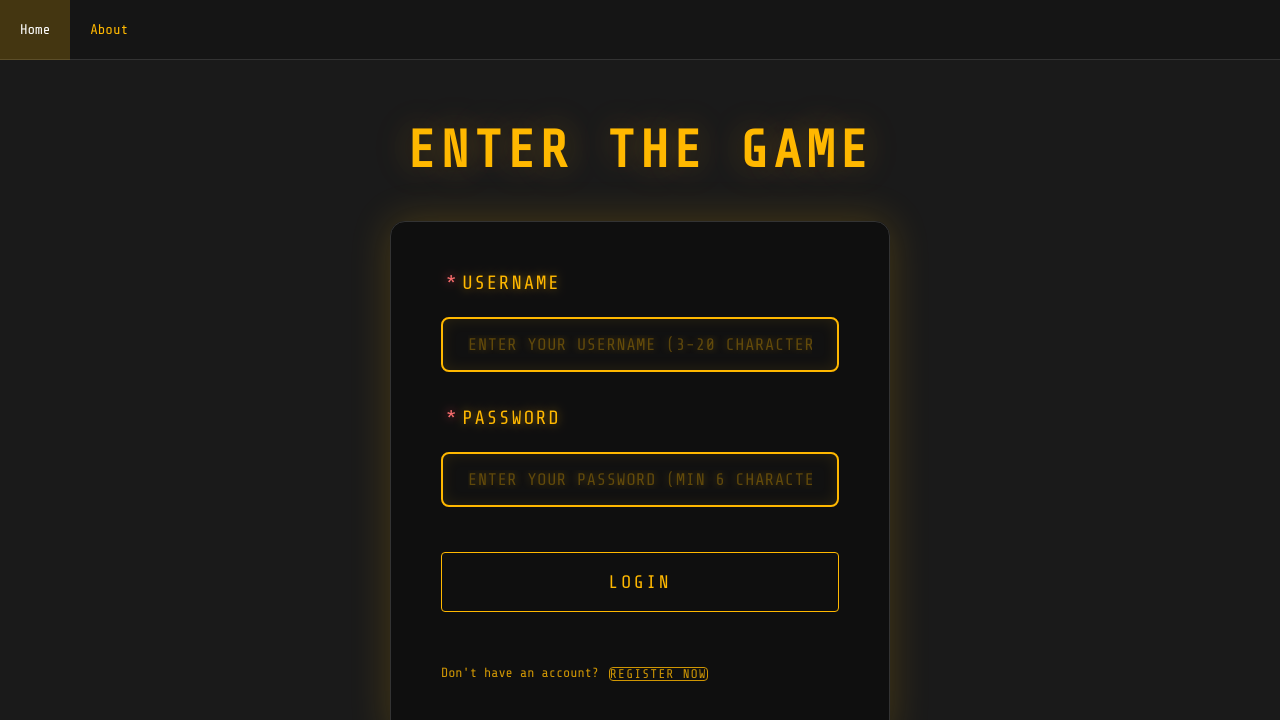
Repository: qqqq121114/se_417
Page: /login (app in client/)
The author's editor kept a copy of each file at every save. The page is drawn from the files as they stood at one save, then again after the next save.
The browser window is 1280 px wide. The pictures show the whole page.
An inner scrolling area shows only its first screen. The project was rebuilt for these pictures with package versions that can differ from the ones it lists, and the page was loaded fresh each time. Also part of the build but not shown: client/vite.config.js, client/src/views/Home.vue.

Above is the page before, as saved 2024-12-08 13:47:59.

### client/src/main.js
import { createApp } from 'vue'
import { createPinia } from 'pinia'
import ElementPlus from 'element-plus'
import 'element-plus/dist/index.css'
import App from './App.vue'
import router from './router'

const app = createApp(App)

app.use(createPinia())
app.use(router)
app.use(ElementPlus)

app.mount('#app')

### client/src/App.vue
<template>
  <div id="app" class="cyber-theme">
    <el-container>
      <el-header>
        <el-menu mode="horizontal" router class="cyber-menu">
          <el-menu-item index="/">Home</el-menu-item>
          <el-menu-item index="/about">About</el-menu-item>
        </el-menu>
      </el-header>
      <el-main>
        <router-view></router-view>
      </el-main>
    </el-container>
  </div>
</template>

<script setup>
import { ElContainer, ElHeader, ElMain, ElMenu, ElMenuItem } from 'element-plus'
import 'element-plus/dist/index.css'
</script>

<style>
@import url('https://fonts.googleapis.com/css2?family=Share+Tech+Mono&display=swap');

/* 重置默认样式 */
* {
  margin: 0;
  padding: 0;
  box-sizing: border-box;
}

html, body {
  margin: 0;
  padding: 0;
  width: 100%;
  height: 100%;
  overflow-x: hidden;
  background-color: var(--cyber-bg);
}

:root {
  --cyber-bg: #1a1a1a;
  --cyber-text: #FFB800;
  --cyber-glow: #FFB80033;
  --cyber-border: #333333;
}

#app {
  font-family: 'Share Tech Mono', monospace;
  -webkit-font-smoothing: antialiased;
  -moz-osx-font-smoothing: grayscale;
  color: var(--cyber-text);
  background-color: var(--cyber-bg);
  min-height: 100vh;
  width: 100%;
  margin: 0;
  padding: 0;
}

.cyber-theme {
  background: var(--cyber-bg);
  min-height: 100vh;
  width: 100%;
}

.el-container {
  min-height: 100vh;
  margin: 0;
  padding: 0;
}

.el-header {
  padding: 0;
  background: rgba(0, 0, 0, 0.2);
  border-bottom: 1px solid var(--cyber-border);
  margin: 0;
}

.el-main {
  padding: 20px;
  background: var(--cyber-bg);
  margin: 0;
}

.cyber-menu {
  background: transparent !important;
  border: none !important;
  margin: 0;
  padding: 0;
}

.el-menu--horizontal > .el-menu-item {
  color: var(--cyber-text) !important;
  font-family: 'Share Tech Mono', monospace !important;
  border: none !important;
}

.el-menu--horizontal > .el-menu-item:hover,
.el-menu--horizontal > .el-menu-item:focus,
.el-menu--horizontal > .el-menu-item.is-active {
  color: #fff !important;
  background: var(--cyber-glow) !important;
  border: none !important;
}

/* 全局按钮样式 */
.el-button {
  background: transparent !important;
  border: 1px solid var(--cyber-text) !important;
  color: var(--cyber-text) !important;
  font-family: 'Share Tech Mono', monospace !important;
  transition: all 0.3s ease;
}

.el-button:hover {
  background: var(--cyber-glow) !important;
  color: #fff !important;
  box-shadow: 0 0 10px var(--cyber-glow);
}

/* 卡片样式 */
.el-card {
  background: rgba(0, 0, 0, 0.2) !important;
  border: 1px solid var(--cyber-border) !important;
  backdrop-filter: blur(5px);
}

.el-card__header {
  border-bottom: 1px solid var(--cyber-border) !important;
}
</style>

### client/src/router/index.js
import { createRouter, createWebHistory } from 'vue-router'
import Home from '../views/Home.vue'

const routes = [
  {
    path: '/',
    name: 'Home',
    component: Home
  },
  {
    path: '/about',
    name: 'About',
    component: () => import('../views/About.vue')
  },
  {
    path: '/register',
    name: 'Register',
    component: () => import('../views/Register.vue')
  },
  {
    path: '/login',
    name: 'Login',
    component: () => import('../views/Login.vue'),
    props: route => ({ key: Date.now() })
  }
]

const router = createRouter({
  history: createWebHistory(),
  routes
})

export default router

### client/src/views/Login.vue
<template>
  <div class="login">
    <h1 class="cyber-title">Enter The Game</h1>
    <div class="login-form">
      <el-form
        :model="form"
        :rules="rules"
        ref="formRef"
        label-position="top"
        status-icon
      >
        <el-form-item prop="username" label="Username">
          <el-input
            v-model="form.username"
            placeholder="Enter your username (3-20 characters)"
            class="cyber-input"
          ></el-input>
        </el-form-item>
        <el-form-item prop="password" label="Password" class="password-item">
          <el-input
            v-model="form.password"
            type="password"
            placeholder="Enter your password (min 6 characters)"
            show-password
            class="cyber-input"
          ></el-input>
        </el-form-item>
        <el-form-item class="button-item">
          <el-button class="cyber-button" type="primary" @click="submitForm">Login</el-button>
          <div class="form-footer">
            <span>Don't have an account?</span>
            <el-button
              class="register-link"
              type="text"
              @click="$router.push('/register')"
            >
              Register Now
            </el-button>
          </div>
        </el-form-item>
      </el-form>
    </div>
  </div>
</template>

<script setup>
import { ref, reactive } from 'vue'
import { ElMessage } from 'element-plus'
import axios from 'axios'
import { useRouter } from 'vue-router'

const router = useRouter()
const formRef = ref(null)

// 表单数据
const form = reactive({
  username: '',
  password: ''
})

// 验证规则
const rules = {
  username: [
    { required: true, message: 'Please enter your username', trigger: 'blur' },
    { min: 3, max: 20, message: 'Length should be 3 to 20 characters', trigger: 'blur' }
  ],
  password: [
    { required: true, message: 'Please enter your password', trigger: 'blur' },
    { min: 6, message: 'Password must be at least 6 characters', trigger: 'blur' }
  ]
}

// 提交表单
const submitForm = async () => {
  if (!formRef.value) return

  try {
    console.log('Starting form validation...')
    await formRef.value.validate()
    console.log('Form validation passed')

    // 发送登录请求
    console.log('Sending login request...')
    const response = await axios.post('http://localhost:3000/api/users/login', {
      username: form.username,
      password: form.password
    })

    console.log('Login successful:', response.data)
    ElMessage.success('Login successful!')

    // 登录成功后跳转到首页
    setTimeout(() => {
      router.push('/')
    }, 1500)
  } catch (error) {
    console.error('Full error object:', error)

    if (error.response) {
      // 服务器返回的错误信息
      console.error('Server error:', error.response.data)
      ElMessage.error(error.response.data.message || 'Login failed')
    } else if (error.message) {
      // 表单验证错误
      console.error('Validation error:', error.message)
      ElMessage.error(error.message)
    } else {
      console.error('Unknown error:', error)
      ElMessage.error('Login failed')
    }
  }
}
</script>

<style scoped>
.login {
  display: flex;
  flex-direction: column;
  align-items: center;
  padding: 40px 20px;
  min-height: calc(100vh - 60px);
}

.cyber-title {
  font-size: 4vw;
  width: 60vw;
  color: var(--cyber-text);
  text-transform: uppercase;
  letter-spacing: 0.1em;
  margin-bottom: 40px;
  text-shadow: 0 0 20px var(--cyber-glow);
  animation: breathe 3s ease-in-out infinite;
  user-select: none;
  text-align: center;
  line-height: 1.2;
  white-space: normal;
  word-wrap: break-word;
  padding: 0 20px;
}

.login-form {
  width: 100%;
  max-width: 500px;
  background: rgba(0, 0, 0, 0.4);
  padding: 50px;
  border-radius: 15px;
  border: 1px solid var(--cyber-border);
  box-shadow: 0 0 30px rgba(255, 184, 0, 0.15);
  backdrop-filter: blur(10px);
  animation: formGlow 4s ease-in-out infinite;
}

.el-form-item {
  margin-bottom: 35px;
}

.password-item {
  margin-bottom: 45px;
}

:deep(.el-form-item__label) {
  color: #ffb800 !important;
  font-family: 'Share Tech Mono', monospace;
  font-size: 1.2em;
  padding-bottom: 15px;
  text-shadow: 0 0 10px rgba(255, 184, 0, 0.5);
  text-transform: uppercase;
  letter-spacing: 0.1em;
  margin-left: 5px;
}

:deep(.el-form-item__label::before) {
  content: '*';
  color: #ff4757;
  margin-right: 4px;
  text-shadow: 0 0 10px rgba(255, 71, 87, 0.6);
}

:deep(.el-input__wrapper) {
  background: transparent !important;
  box-shadow: none !important;
  padding: 0 !important;
  border: none !important;
}

:deep(.el-input__inner) {
  background: rgba(18, 18, 18, 0.95) !important;
  border: 2px solid var(--cyber-text) !important;
  color: #ffb800 !important;
  font-family: 'Share Tech Mono', monospace;
  height: 55px;
  padding: 0 25px !important;
  font-size: 1.2em;
  letter-spacing: 0.05em;
  transition: all 0.3s ease;
  border-radius: 8px;
  caret-color: #ffb800;
  text-shadow: 0 0 10px rgba(255, 184, 0, 0.3);
  box-shadow: inset 0 0 15px rgba(255, 184, 0, 0.1);
}

:deep(.el-input__inner::placeholder) {
  color: rgba(255, 184, 0, 0.3) !important;
  font-family: 'Share Tech Mono', monospace;
  letter-spacing: 0.05em;
  text-transform: uppercase;
}

:deep(.el-input__inner:hover) {
  border-color: #ffb800 !important;
  box-shadow: inset 0 0 20px rgba(255, 184, 0, 0.2),
              0 0 15px rgba(255, 184, 0, 0.3) !important;
  background: rgba(28, 28, 28, 0.95) !important;
}

:deep(.el-input__inner:focus) {
  border-color: #ffb800 !important;
  box-shadow: inset 0 0 25px rgba(255, 184, 0, 0.3),
              0 0 25px rgba(255, 184, 0, 0.4) !important;
  background: rgba(22, 22, 22, 0.95) !important;
  animation: inputPulse 1.5s infinite;
}

@keyframes inputPulse {
  0% {
    box-shadow: inset 0 0 25px rgba(255, 184, 0, 0.2),
                0 0 25px rgba(255, 184, 0, 0.3);
  }
  50% {
    box-shadow: inset 0 0 35px rgba(255, 184, 0, 0.3),
                0 0 35px rgba(255, 184, 0, 0.4);
  }
  100% {
    box-shadow: inset 0 0 25px rgba(255, 184, 0, 0.2),
                0 0 25px rgba(255, 184, 0, 0.3);
  }
}

:deep(.el-input__suffix) {
  right: 15px !important;
}

:deep(.el-input__suffix-inner) {
  color: var(--cyber-text) !important;
  opacity: 0.8;
  transition: all 0.3s ease;
}

:deep(.el-input__suffix-inner:hover) {
  opacity: 1;
  text-shadow: 0 0 10px var(--cyber-glow);
}

:deep(.el-input.is-focus .el-input__wrapper) {
  box-shadow: none !important;
}

:deep(.el-form-item.is-error .el-input__inner) {
  border-color: #ff4757 !important;
  box-shadow: 0 0 15px rgba(255, 71, 87, 0.4) !important;
  animation: errorPulse 1.5s infinite;
}

@keyframes errorPulse {
  0% {
    box-shadow: 0 0 15px rgba(255, 71, 87, 0.4);
  }
  50% {
    box-shadow: 0 0 25px rgba(255, 71, 87, 0.6);
  }
  100% {
    box-shadow: 0 0 15px rgba(255, 71, 87, 0.4);
  }
}

.button-item {
  margin-top: 20px;
  margin-bottom: 0;
}

.cyber-button {
  width: 100%;
  height: 60px;
  font-size: 1.3em;
  letter-spacing: 0.15em;
  margin-bottom: 25px;
  background: transparent !important;
  border: 1px solid var(--cyber-text) !important;
  color: var(--cyber-text) !important;
  font-family: 'Share Tech Mono', monospace;
  transition: all 0.3s ease;
  text-transform: uppercase;
  border-radius: 4px;
  position: relative;
  overflow: hidden;
}

.cyber-button:hover {
  background: var(--cyber-text) !important;
  color: #1a1a1a !important;
  box-shadow: 0 0 30px var(--cyber-glow);
  transform: translateY(-2px);
}

.cyber-button::after {
  content: '';
  position: absolute;
  top: -50%;
  left: -50%;
  width: 200%;
  height: 200%;
  background: linear-gradient(
    to bottom right,
    rgba(255, 184, 0, 0.1),
    transparent,
    transparent
  );
  transform: rotate(45deg);
  animation: shine 3s infinite;
}

@keyframes shine {
  0% {
    transform: translateX(-100%) rotate(45deg);
  }
  100% {
    transform: translateX(100%) rotate(45deg);
  }
}

.form-footer {
  margin-top: 20px;
  text-align: center;
  color: var(--cyber-text);
  font-family: 'Share Tech Mono', monospace;
  font-size: 0.95em;
  opacity: 0.8;
}

.register-link {
  color: var(--cyber-text) !important;
  margin-left: 10px;
  font-family: 'Share Tech Mono', monospace;
  text-transform: uppercase;
  letter-spacing: 0.1em;
  font-size: 0.95em !important;
  padding: 0 !important;
  height: auto !important;
}

.register-link:hover {
  text-shadow: 0 0 10px var(--cyber-glow);
  opacity: 1;
}

:deep(.el-form-item__error) {
  color: #ff4757 !important;
  font-family: 'Share Tech Mono', monospace;
  font-size: 0.9em;
  margin-top: 8px;
  text-shadow: 0 0 8px rgba(255, 71, 87, 0.4);
}

@keyframes breathe {
  0% {
    text-shadow: 0 0 20px var(--cyber-glow);
    transform: scale(1);
  }
  50% {
    text-shadow: 0 0 40px var(--cyber-glow), 0 0 60px var(--cyber-glow);
    transform: scale(1.02);
  }
  100% {
    text-shadow: 0 0 20px var(--cyber-glow);
    transform: scale(1);
  }
}

@keyframes formGlow {
  0% {
    box-shadow: 0 0 30px rgba(255, 184, 0, 0.15);
  }
  50% {
    box-shadow: 0 0 50px rgba(255, 184, 0, 0.25);
  }
  100% {
    box-shadow: 0 0 30px rgba(255, 184, 0, 0.15);
  }
}

/* 响应式设计 */
@media (max-width: 768px) {
  .cyber-title {
    font-size: 8vw;
    width: 90vw;
  }

  .login-form {
    padding: 30px;
    margin: 0 15px;
  }

  .label-text {
    font-size: 1em;
  }

  :deep(.el-input__inner) {
    height: 50px;
    font-size: 1.1em;
  }

  .cyber-button {
    height: 55px;
  }

  .form-footer {
    font-size: 0.75em;
  }

  .register-link {
    font-size: 0.75em !important;
  }
}
</style>

Loaded but not shown: client/index.html (common file)

After the next save:
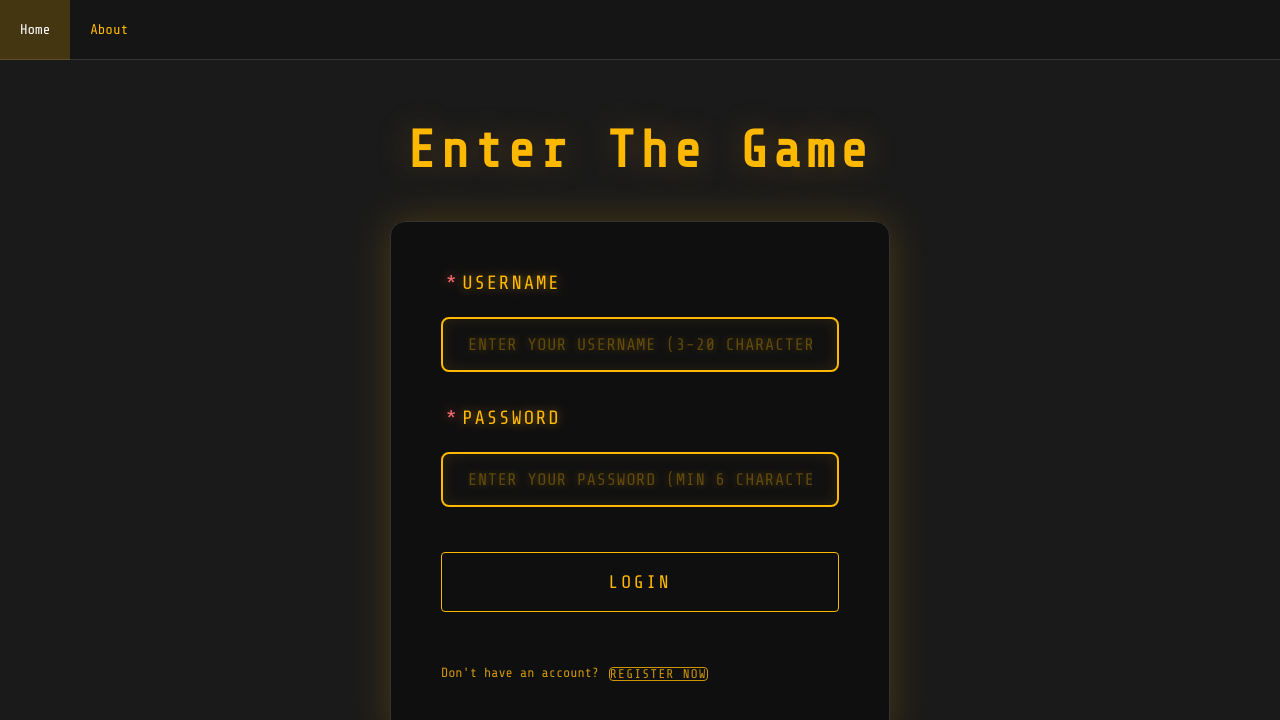
Saved 6 min 46 s later.
--- a/client/src/views/Login.vue
+++ b/client/src/views/Login.vue
@@ -125,7 +125,7 @@
   font-size: 4vw;
   width: 60vw;
   color: var(--cyber-text);
-  text-transform: uppercase;
+  text-transform: capitalize;
   letter-spacing: 0.1em;
   margin-bottom: 40px;
   text-shadow: 0 0 20px var(--cyber-glow);

After the save that followed:
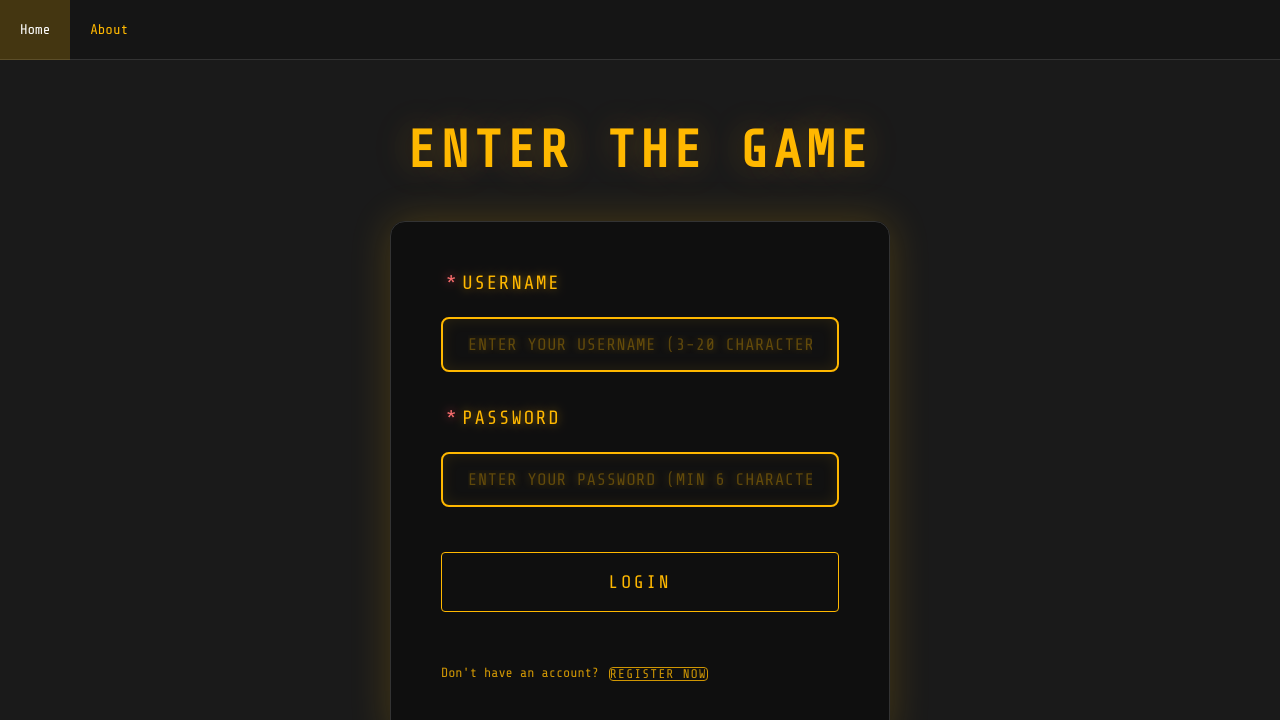
Saved 35 s later.
--- a/client/src/views/Login.vue
+++ b/client/src/views/Login.vue
@@ -125,7 +125,7 @@
   font-size: 4vw;
   width: 60vw;
   color: var(--cyber-text);
-  text-transform: capitalize;
+  text-transform: uppercase;
   letter-spacing: 0.1em;
   margin-bottom: 40px;
   text-shadow: 0 0 20px var(--cyber-glow);
